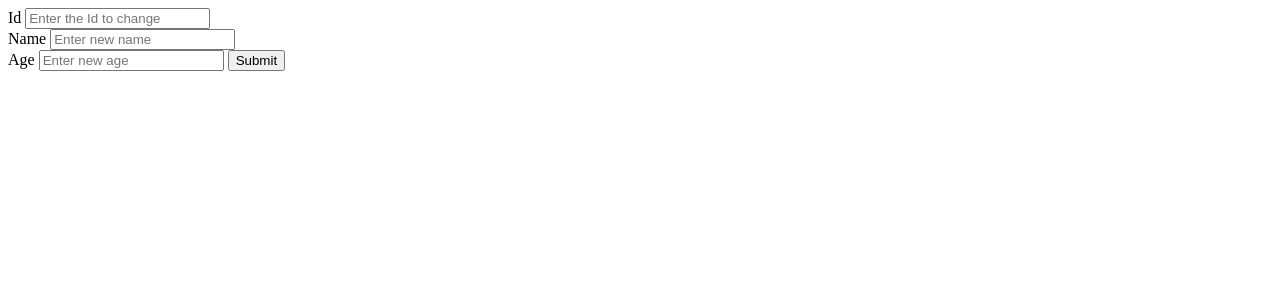
Repository: yash1sh/Java
Page: Bootcmp/DemoPro/src/main/webapp/update.html
An editor plug-in stored every save of this project. The page is shown before and after the next save, followed by the edit.
The browser window is 1280 px wide. The pictures show the whole page.

Above is the page before, as saved 2022-05-17 10:11:22.

After the next save:
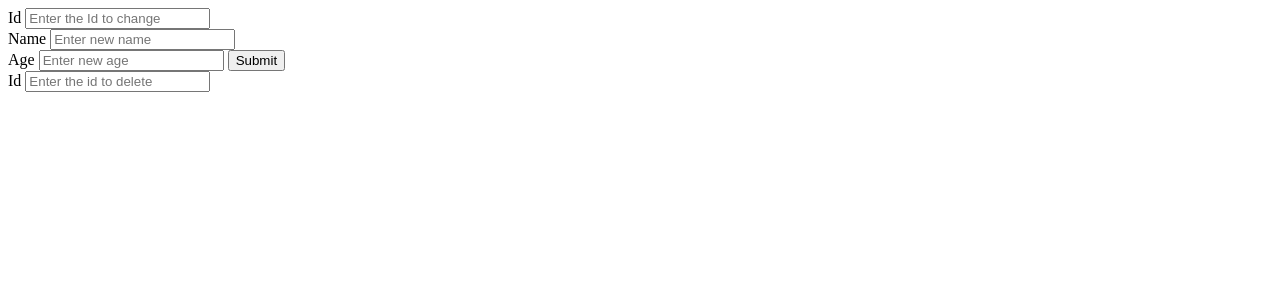
Saved 3 min 38 s later.
--- a/Bootcmp/DemoPro/src/main/webapp/update.html
+++ b/Bootcmp/DemoPro/src/main/webapp/update.html
@@ -14,5 +14,9 @@
 	<input type="number" name="age" placeholder="Enter new age">
 	<button type="submit">Submit</button>
 </form>
+<form action="delete">
+<label>Id</label>
+<input type="number" name="id" placeholder="Enter the id to delete">
+</form>
 </body>
 </html>
